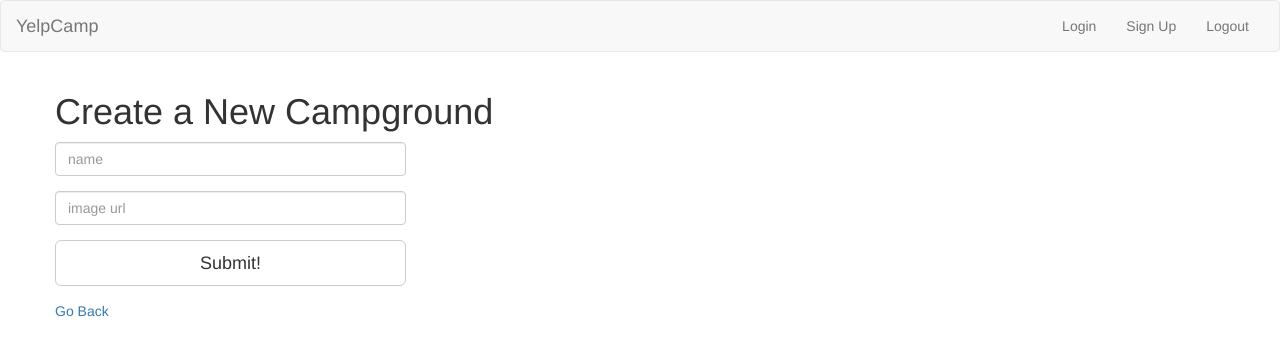
Repository: Bhitt/Cloud9_Projects
Page: http://localhost/campgrounds/new
The author's editor kept a record of every edit. The page is drawn from the files as they stood at one moment, then again after the next edit.
The browser window is 1280 px wide. The pictures show the whole page.
The page is served by the project's Node server (YelpCamp/v1/app.js).

Above is the page before.

### webdevbootcamp/workspace/YelpCamp/v1/views/new.ejs
<% include partials/header %>

<div class="container">
    <div class="row">
        <h1>Create a New Campground</h1>
        <div style="width: 30%; margin0 auto;">
            <form action="/campgrounds" method="POST">
                <div class="form-group">
                    <input class="form-control" type="text" name="name" placeholder="name">
                </div>
                <div class="form-group">
                    <input class="form-control" type="text" name="image" placeholder="image url">
                </div>
                <div class="form-group">
                    <button class="btn btn-lg btn-default btn-block">Submit!</button>
                </div>
            </form>

        </div>

        <a href="/campgrounds">Go Back</a>
    </div>
</div>

<% include partials/footer %>

### webdevbootcamp/workspace/YelpCamp/v1/views/partials/header.ejs
<DOCTYPE html>
<html>
    <head>
        <title>YelpCamp</title>
        <link rel="stylesheet" href="https://maxcdn.bootstrapcdn.com/bootstrap/3.3.7/css/bootstrap.min.css">
    </head>
    <body>


    <nav class="navbar navbar-default">
        <div class="container-fluid">
            <div class="navbar-header">
                <a class="navbar-brand" href="/">YelpCamp</a>
            </div>
            <div class="collapse navbar-collapse">
                <ul class="nav navbar-nav navbar-right">
                    <li> <a href="/">Login</a> </li>
                    <li> <a href="/">Sign Up</a> </li>
                    <li> <a href="/">Logout</a> </li>
                </ul>
            </div>
        </div>
    </nav>

### webdevbootcamp/workspace/YelpCamp/v1/app.js
var express = require("express");
var app = express();
var bodyParser = require("body-parser");

var campgrounds = [
    {name: "Salmon Creek", image: "http://www.photosforclass.com/download/8137270056"},
    {name: "Granite Hill", image: "http://www.photosforclass.com/download/3062207412"},
    {name: "Mountain Goat's Rest", image: "http://www.photosforclass.com/download/2386128345"}
    ];

app.use(bodyParser.urlencoded({extended: true}));
app.set("view engine", "ejs");

app.get("/", function(req, res){
    res.render("landing");
});

app.get("/campgrounds", function(req, res){


    res.render("campgrounds", {campgrounds: campgrounds});
});

app.post("/campgrounds", function(req, res){
    //get data from form and add to campgrounds array
    var name = req.body.name;
    var image = req.body.image;
    var newCampground = {name: name, image: image};
    campgrounds.push(newCampground);
    //redirect back to campgrounds page
    res.redirect("campgrounds");
});

app.get("/campgrounds/new", function(req, res){
   res.render("new");
});

app.listen(process.env.PORT, process.env.IP, function(){
    console.log("YelpCamp Server has started");
});

Loaded but not shown: webdevbootcamp/workspace/YelpCamp/v1/views/partials/footer.ejs (common file)

After the next edit:
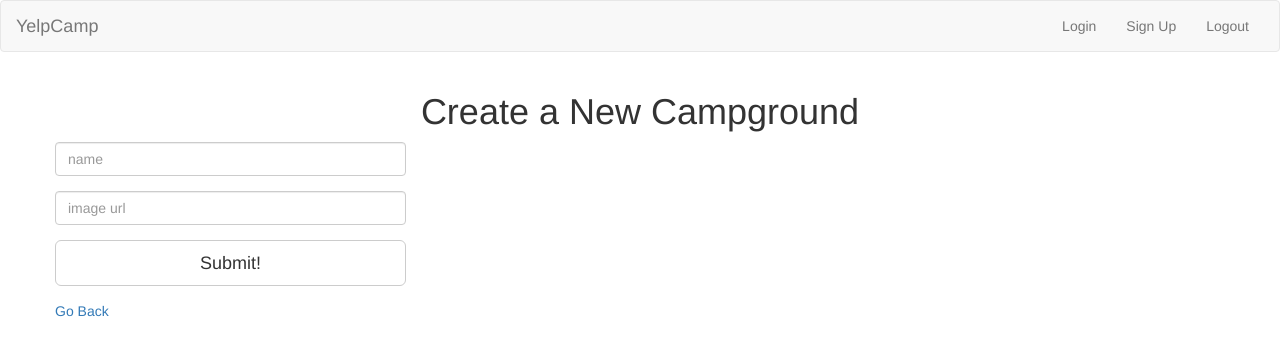
The edit:
--- a/webdevbootcamp/workspace/YelpCamp/v1/views/new.ejs
+++ b/webdevbootcamp/workspace/YelpCamp/v1/views/new.ejs
@@ -2,7 +2,7 @@
 
 <div class="container">
     <div class="row">
-        <h1>Create a New Campground</h1>
+        <h1 style="text-align: center;">Create a New Campground</h1>
         <div style="width: 30%; margin0 auto;">
             <form action="/campgrounds" method="POST">
                 <div class="form-group">
